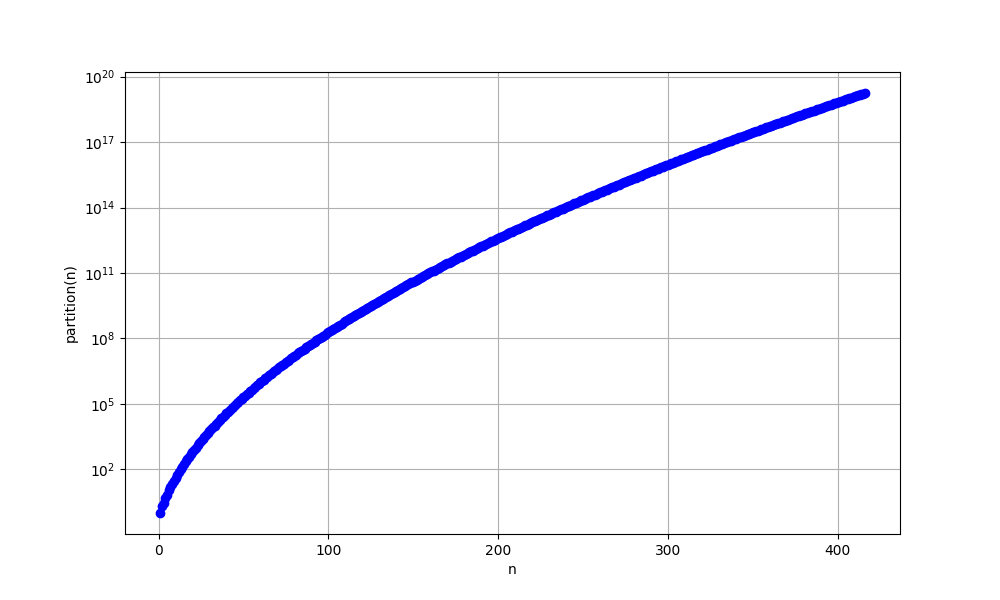
Repository: rizwankaz/partitions
Script's output: python partition_naive_plot.py
An editor plug-in stored every save of this project. The script's output is shown before and after the next save, followed by the edit.
Random numbers start from a fixed seed.

Above is the script's output before, as saved 2024-07-21 16:12:10.

After the next save:
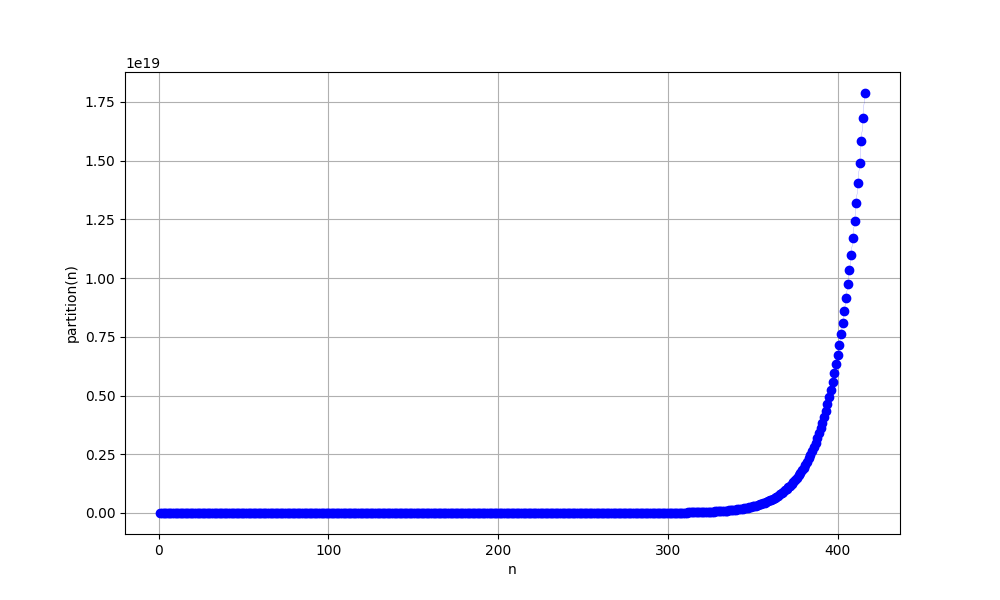
Saved 45 s later.
--- a/partition_naive_plot.py
+++ b/partition_naive_plot.py
@@ -16,7 +16,7 @@ plt.figure(figsize=(10, 6))
 plt.plot(n_values, partition_values, marker='o', linestyle='-', color='b', linewidth=0.1)
 plt.xlabel('n')
 plt.ylabel('partition(n)')
-plt.yscale('log')
+#plt.yscale('log')
 plt.grid(True)
 plt.savefig("partition_plot.png")
 plt.show()
